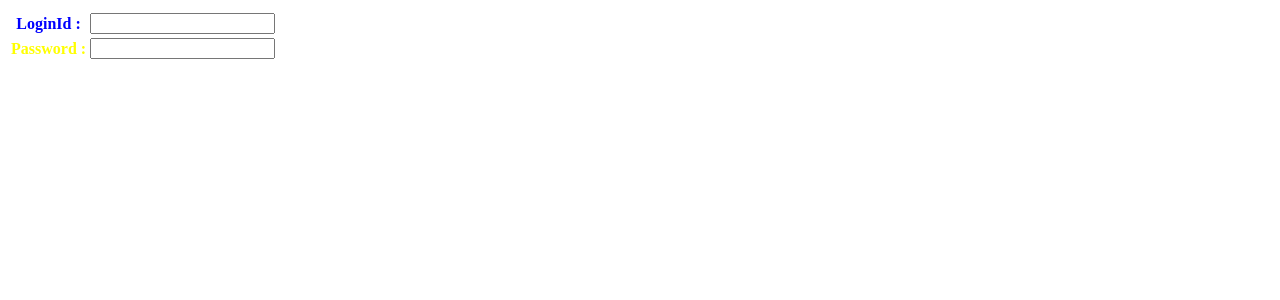
Repository: Jatdevta/AdvanceJava
Page: http://localhost/DynamicProject/Login.jsp
The author's editor kept a copy of each file at every save. The page is drawn from the files as they stood at one save, then again after the next save.
The browser window is 1280 px wide. The pictures show the whole page.
The page is served by Tomcat 9. Other server files are loaded and not shown.

Above is the page before, as saved 2023-08-18 08:05:55.

### Advancejava/DynamicProject/WebContent/Login.jsp
<%@ page language="java" contentType="text/html; charset=ISO-8859-1"
	pageEncoding="ISO-8859-1"%>
<!DOCTYPE html>
<html>
<head>
<meta charset="ISO-8859-1">
<title>Insert title here</title>
</head>
<body>
	<form action=""></form>

	<table>
		<tr>
			<tr>
				<th style = color:blue;>LoginId :</th>
				<td><input type="text" name="loginId"></td>
			</tr>
			<tr>
				<th style = color:yellow;>Password :</th>
				<td><input type="password" name="password"></td>
			</tr>



		</tr>





	</table>


</body>
</html>

After the next save:
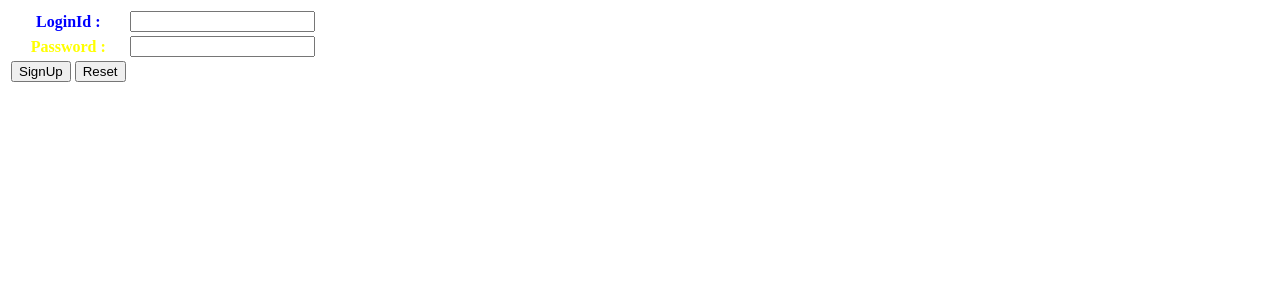
Saved 2 min 45 s later.
--- a/Advancejava/DynamicProject/WebContent/Login.jsp
+++ b/Advancejava/DynamicProject/WebContent/Login.jsp
@@ -11,21 +11,20 @@
 
 	<table>
 		<tr>
-			<tr>
-				<th style = color:blue;>LoginId :</th>
-				<td><input type="text" name="loginId"></td>
-			</tr>
-			<tr>
-				<th style = color:yellow;>Password :</th>
-				<td><input type="password" name="password"></td>
-			</tr>
 
-
-
+			<th style="color: blue;">LoginId :</th>
+			<td><input type="text" name="loginId"></td>
 		</tr>
 
+		<tr>
+			<th style="color: yellow;">Password :</th>
+			<td><input type="password" name="password"></td>
+		</tr>
 
-
+		<tr>
+			<td><input type="submit" name="operation" value="SignUp">
+				<input type="submit" name="operation" value="Reset"></td>
+		</tr>
 
 
 	</table>
